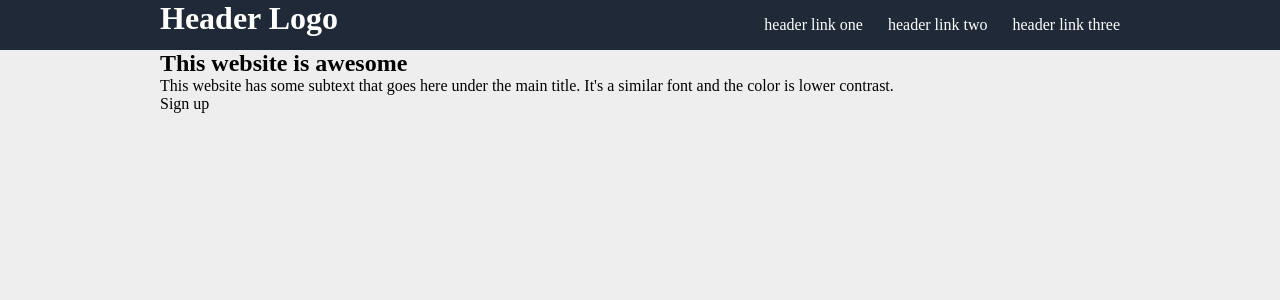
Repository: Pafestivo/Dummy-Landing-Page
Page: index.html
An editor plug-in stored every save of this project. The page is shown before and after the next save, followed by the edit.
The browser window is 1280 px wide. The pictures show the whole page.

Above is the page before, as saved 2022-09-26 17:46:56.

After the next save:
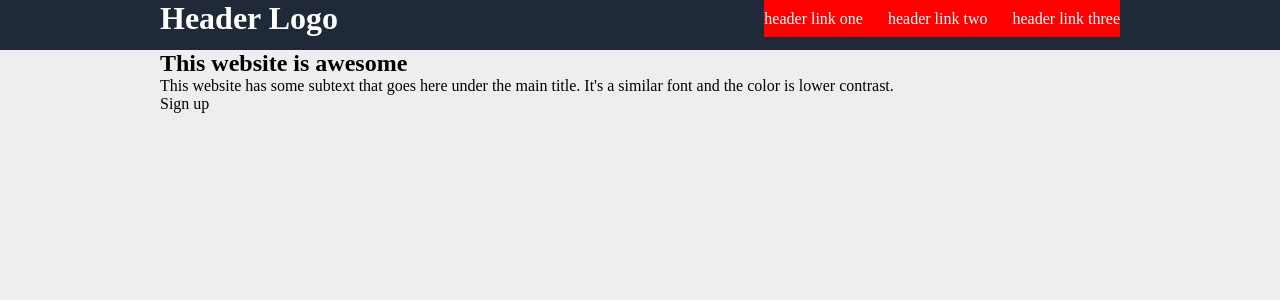
Saved 23 s later.
--- a/styles.css
+++ b/styles.css
@@ -33,8 +33,8 @@ header .container {
 
 header nav {
   display: flex;
-  min-height: 50px;
   align-items: center;
+  background-color: red;
   gap: 25px;
 }
 /* End head area  */
